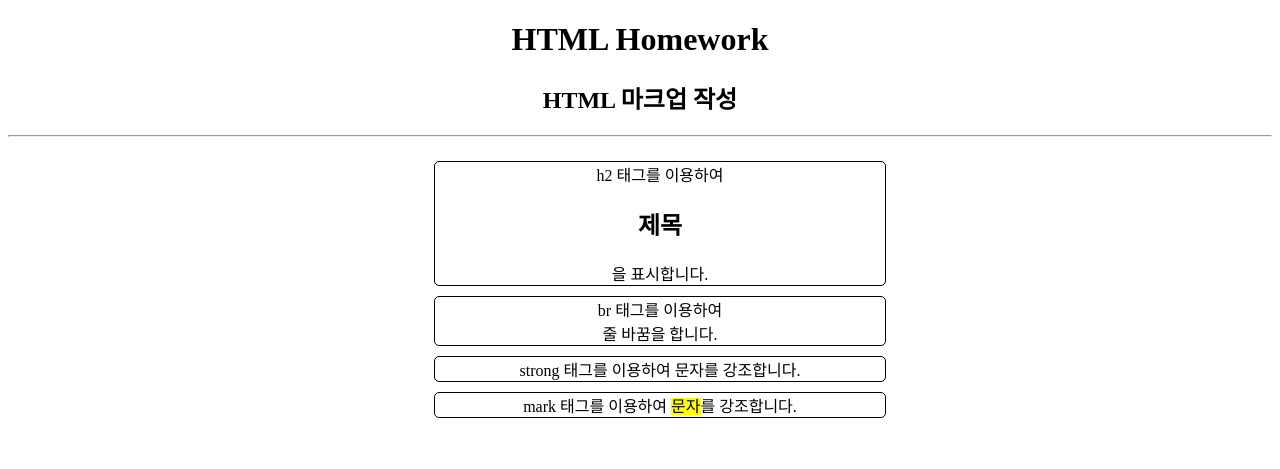
Repository: Cheol-Cheol/KOSA
Page: Kcc_web/Html/WebContent/mission/homework.html
An editor plug-in stored every save of this project. The page is shown before and after the next save, followed by the edit.
The browser window is 1280 px wide. The pictures show the whole page.

Above is the page before, as saved 2024-07-08 10:48:36.

### Kcc_web/Html/WebContent/mission/homework.html
<!DOCTYPE html>
<html>
<head>
<meta charset="UTF-8">
<title>Insert title here</title>

<style>
.ul-flex {
	display: flex;
	justify-content: center;
}

ul {
	list-style-type: none;
}

li {
	border: 1px solid black; width : 450px;
	margin-bottom: 10px;
	border-radius: 5px;
	width: 450px
}
</style>
</head>
<body style="text-align: center">
	<header>
		<h1>HTML Homework</h1>
	</header>

	<section>
		<h2>HTML 마크업 작성</h2>
		<hr/>
		<div class="ul-flex">
			<ul>
				<li>h2 태그를 이용하여
					<h2>제목</h2>을 표시합니다.
				</li>
				<li>br 태그를 이용하여 <br />줄 바꿈을 합니다.
				</li>
				<li>strong 태그를 이용하여 <string>문자</string>를 강조합니다.
				</li>
				<li>mark 태그를 이용하여 <mark>문자</mark>를 강조합니다.
				</li>
			</ul>
		</div>
	</section>



</body>
</html>

After the next save:
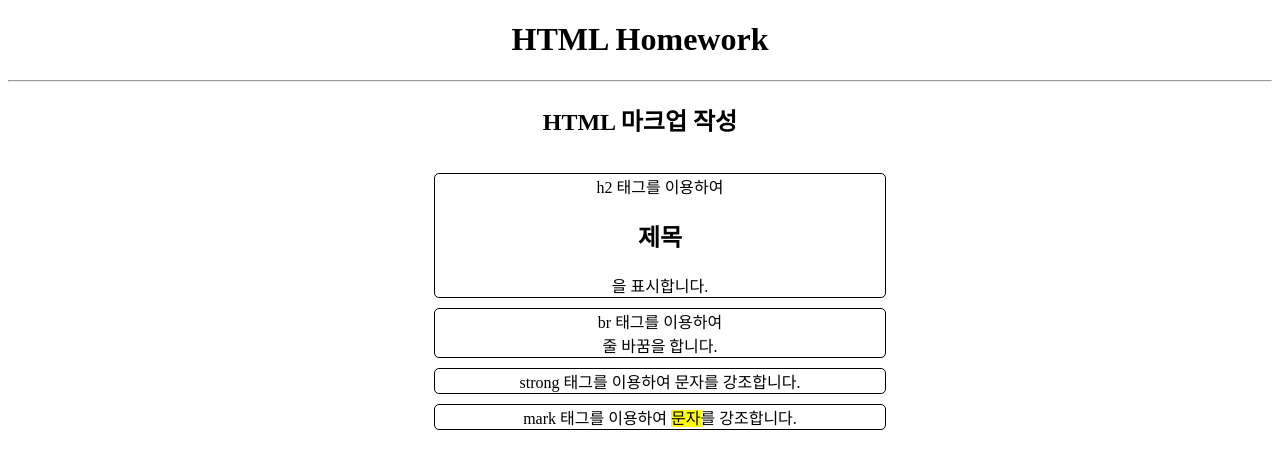
Saved 4 s later.
--- a/Kcc_web/Html/WebContent/mission/homework.html
+++ b/Kcc_web/Html/WebContent/mission/homework.html
@@ -15,7 +15,8 @@ ul {
 }
 
 li {
-	border: 1px solid black; width : 450px;
+	border: 1px solid black;
+	width: 450px;
 	margin-bottom: 10px;
 	border-radius: 5px;
 	width: 450px
@@ -26,10 +27,10 @@ li {
 	<header>
 		<h1>HTML Homework</h1>
 	</header>
-
+	<hr />
 	<section>
 		<h2>HTML 마크업 작성</h2>
-		<hr/>
+
 		<div class="ul-flex">
 			<ul>
 				<li>h2 태그를 이용하여
